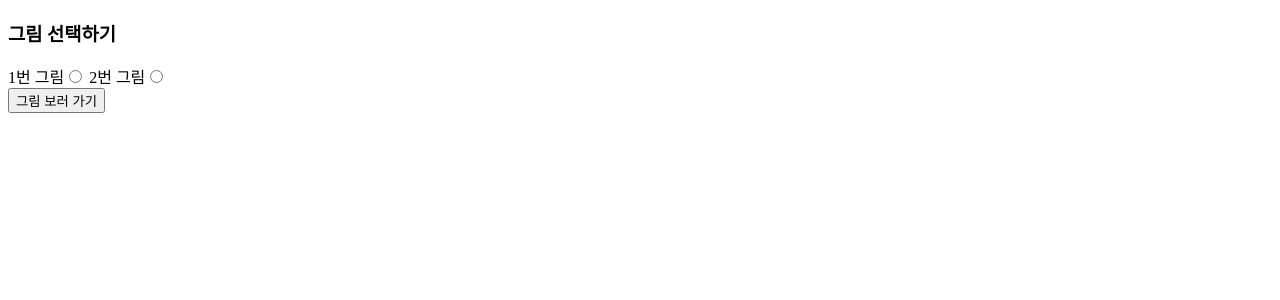
Repository: limbbbyoung/JSP_practice
Page: http://localhost/JSPbasic/jspobject/request/req_photo.jsp
An editor plug-in stored every save of this project. The page is shown before and after the next save, followed by the edit.
The browser window is 1280 px wide. The pictures show the whole page.
The page is served by Tomcat 9.

Above is the page before, as saved 2022-03-25 12:06:39.

### JSPbasic/src/main/webapp/jspobject/request/req_photo.jsp
<%@ page language="java" contentType="text/html; charset=UTF-8"
    pageEncoding="UTF-8"%>
<!DOCTYPE html>
<html>
<head>
<meta charset="UTF-8">
<title>Insert title here</title>
</head>
<body>
    <%-- 아래에 폼을 만들어주세요.
    목적지는 함께 만든 req_photo_result.jsp
    테이블을 이용해 사진 제목, 체크박스를 만들어주세요.
    그리고 아래에 제출 버튼은 "그림 보러 가기"로 적어주시고
    해당 버튼을 눌렀을때 req_photo_result에 어떤 그림을 선택했는지
    체크박스로 구분해주시고, 구분한 그림에 맞는 사진이 결과페이지에 나오도록
    if~else문을 구성해주세요.
    그림파일은 <img src="그림파일명">을 이용해 출력가능합니다. --%>
     <form action="http://localhost:8181/JSPbasic/jspobject/request/req_photo_result.jsp" method="post">
     <h3>그림 선택하기</h3>
     1번 그림<input type="radio" name="img1" value="1번 그림 선택">
     2번 그림<input type="radio" name="img2" value="2번 그림 선택">
     <br/>
     <input type="submit" value="그림 보러 가기">
     </form>
</body>
</html>

After the next save:
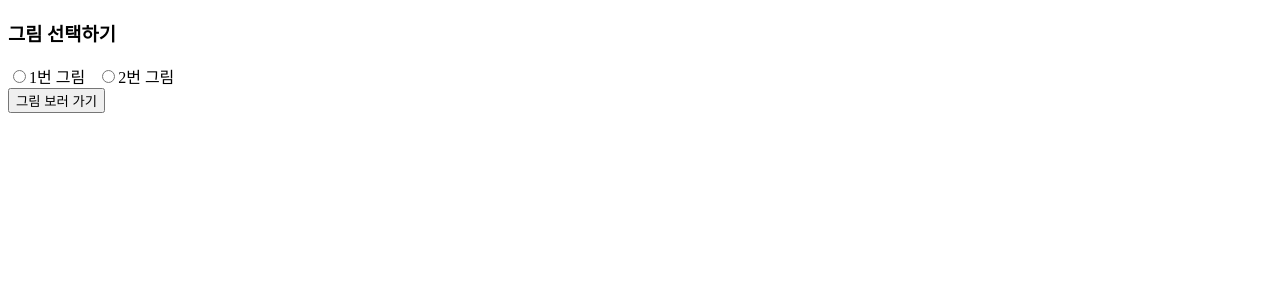
Saved 3 min 20 s later.
--- a/JSPbasic/src/main/webapp/jspobject/request/req_photo.jsp
+++ b/JSPbasic/src/main/webapp/jspobject/request/req_photo.jsp
@@ -17,9 +17,8 @@
     그림파일은 <img src="그림파일명">을 이용해 출력가능합니다. --%>
      <form action="http://localhost:8181/JSPbasic/jspobject/request/req_photo_result.jsp" method="post">
      <h3>그림 선택하기</h3>
-     1번 그림<input type="radio" name="img1" value="1번 그림 선택">
-     2번 그림<input type="radio" name="img2" value="2번 그림 선택">
-     <br/>
+     <input type="radio" name="img1" value="1번 그림">1번 그림 &nbsp;
+     <input type="radio" name="img2" value="2번 그림">2번 그림 &nbsp;<br/>
      <input type="submit" value="그림 보러 가기">
      </form>
 </body>
